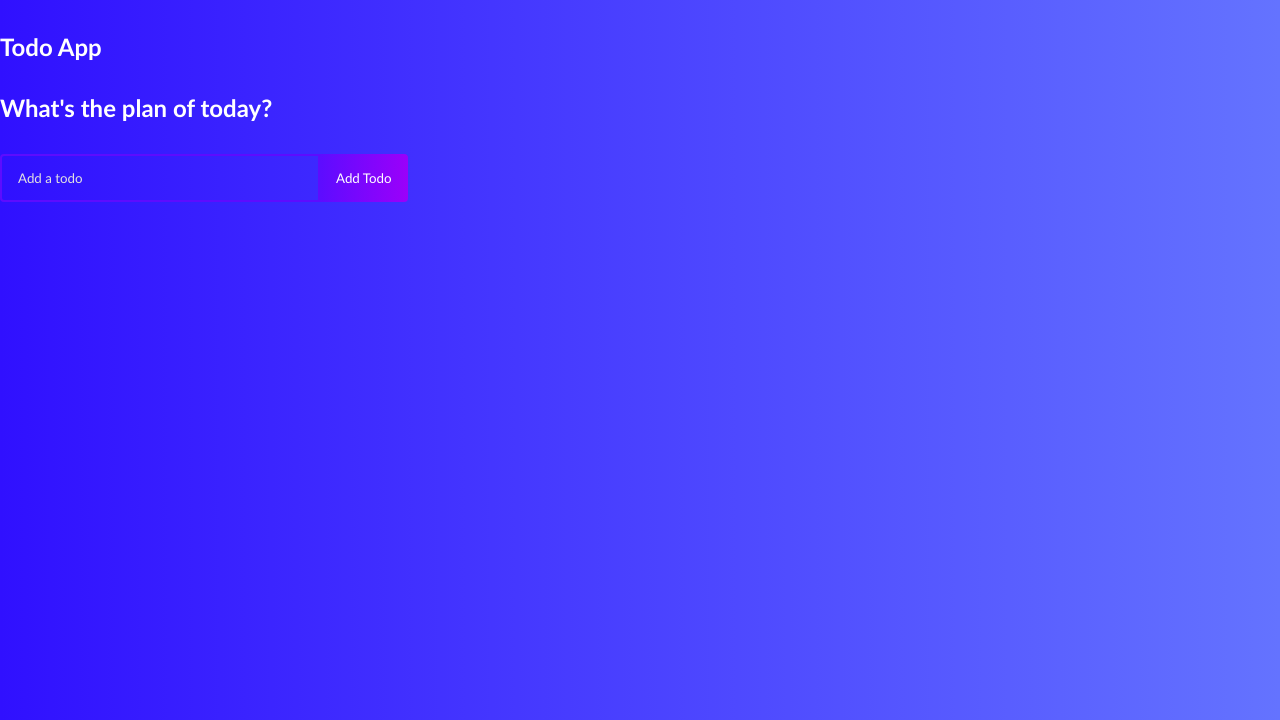
Repository: qqharry21/react-todo-app-v1
Page: /
An editor plug-in stored every save of this project. The page is shown before and after the next save, followed by the edit.
The browser window is 1280 px wide. The pictures show the whole page.
The project was rebuilt for these pictures with package versions that can differ from the ones it lists, and the page was loaded fresh each time. Also part of the build but not shown: src/components/Todo.js.

Above is the page before, as saved 2021-12-25 15:07:54.

After the next save:
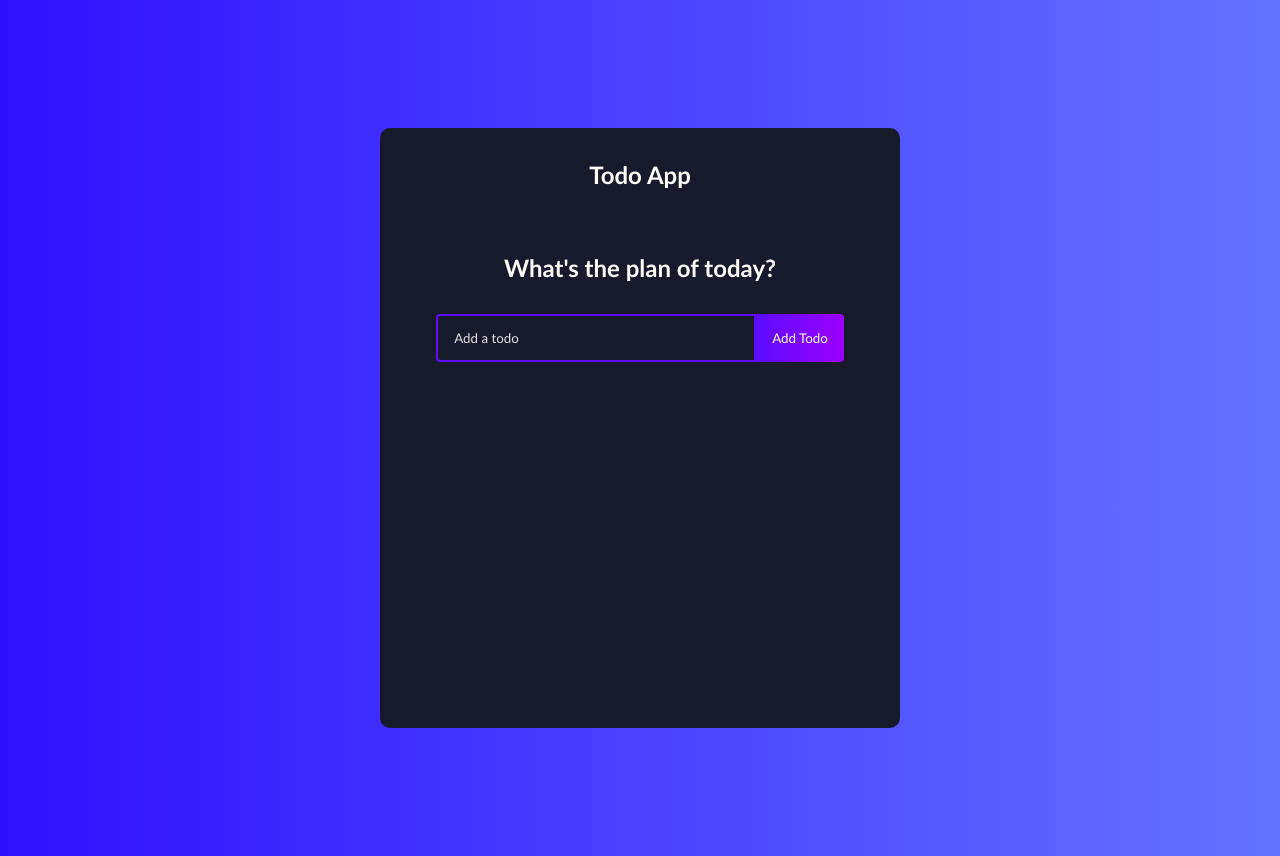
Saved 25 s later.
--- a/src/App.js
+++ b/src/App.js
@@ -5,7 +5,7 @@ import TodoList from './components/TodoList';
 
 function App() {
   return (
-    <div className='App'>
+    <div className='todo-app'>
       <h1>Todo App</h1>
       <TodoList />
     </div>
